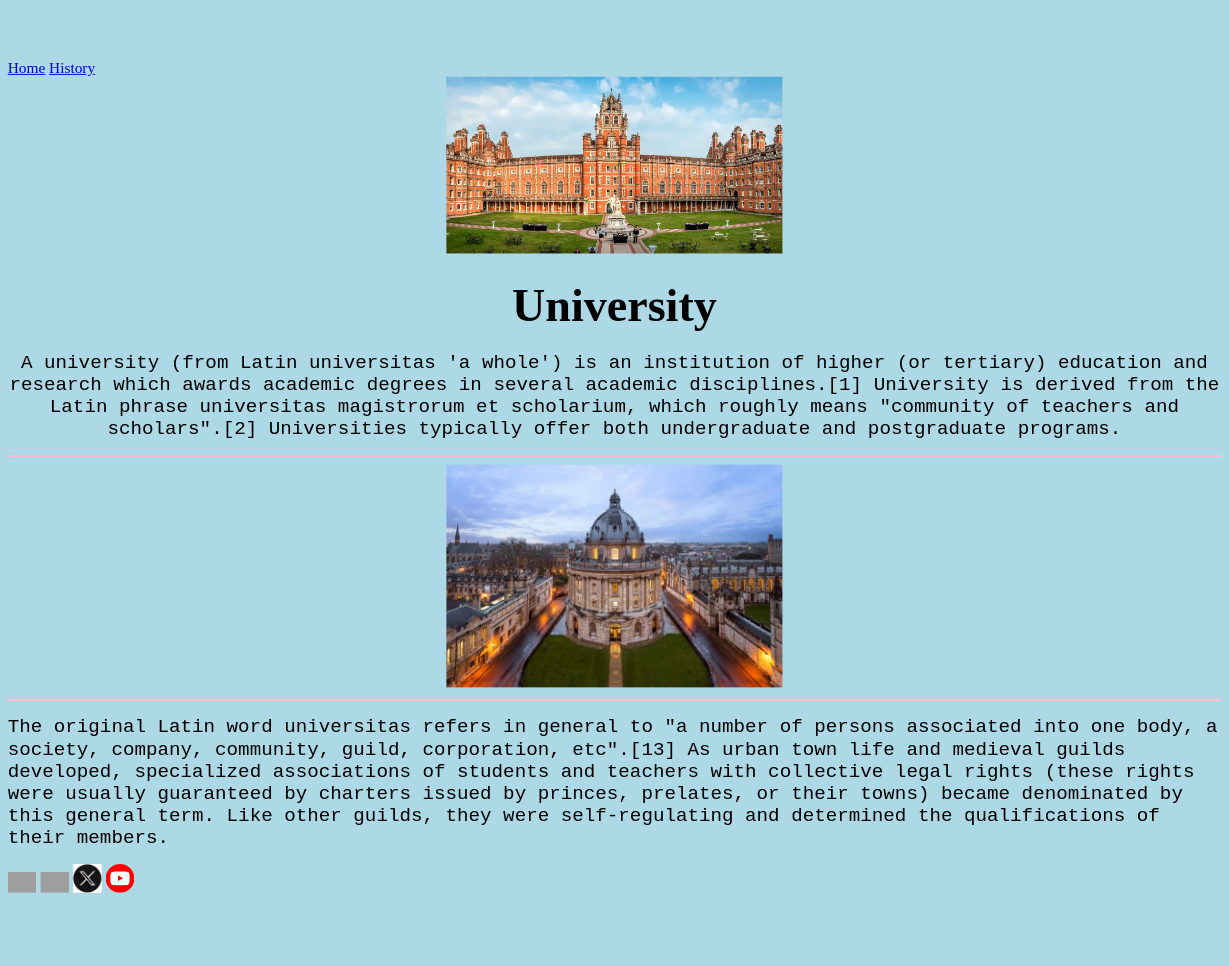
Repository: Haakim19/WebDevelopment
Page: Assignment/Index.html
These files come from the project's save history. The page is drawn as it stood at one moment and after the next save; the edit follows.
The browser window is 1280 px wide. The pictures show the whole page, at 96% of full size.
Pictures or frames that could not be fetched are drawn as grey boxes.

Above is the page before, as saved 2024-10-10 15:59:44.

After the next save:
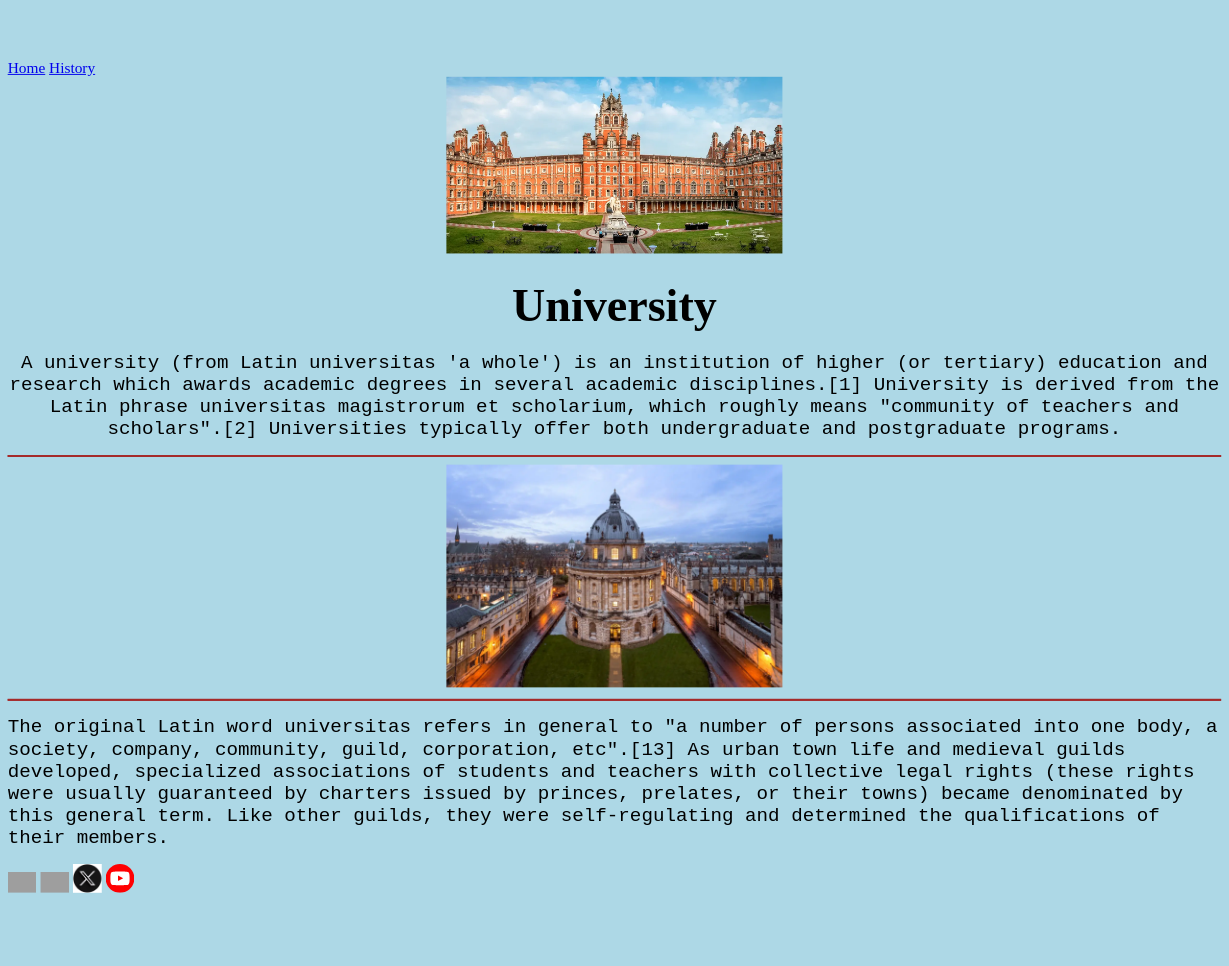
Saved 97 s later.
--- a/Assignment/Index.html
+++ b/Assignment/Index.html
@@ -18,9 +18,9 @@
             the Latin phrase universitas magistrorum et scholarium, which
             roughly means "community of teachers and scholars".[2] Universities
             typically offer both undergraduate and postgraduate programs.</font></p>
-    <hr color="pink">
+    <hr color="brown">
             <img src="most-beautiful-campuses-oxford-university.webp" width="350px">
-    <hr color="pink">
+    <hr color="brown">
             <p align="left"><font face="MonoSpace" size="5px">The original Latin word universitas refers in general to "a number of persons associated
                 into one body, a society, company, community, guild, corporation, etc".[13] As urban
                 town life and medieval guilds developed, specialized associations of students and
